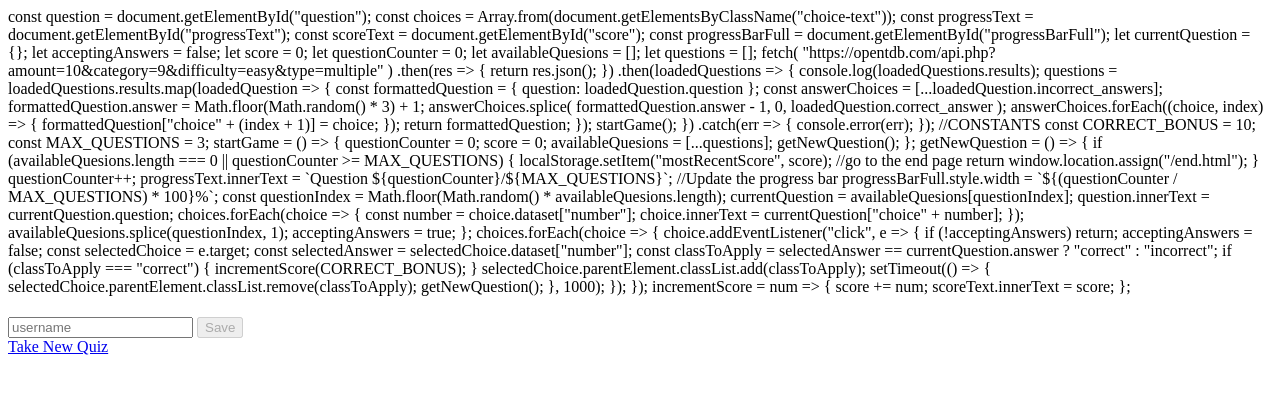
Repository: Q1ngQode/Briana-s-Quiz-App
Page: index.html
The author's editor kept a copy of each file at every save. The page is drawn from the files as they stood at one save, then again after the next save.
The browser window is 1280 px wide. The pictures show the whole page.

Above is the page before, as saved 2022-08-09 00:01:07.
Console error: SyntaxError: Unexpected token '<'

### index.html
<!DOCTYPE html>
<html lang="en">
<head>
    <meta charset="UTF-8">
    <meta http-equiv="X-UA-Compatible" content="IE=edge">
    <meta name="viewport" content="width=device-width, initial-scale=1.0">
    <title>Study Quiz</title>
    <link rel="stylesheet" href="app.css"/>
    <body>
    const question = document.getElementById("question");
const choices = Array.from(document.getElementsByClassName("choice-text"));
const progressText = document.getElementById("progressText");
const scoreText = document.getElementById("score");
const progressBarFull = document.getElementById("progressBarFull");
let currentQuestion = {};
let acceptingAnswers = false;
let score = 0;
let questionCounter = 0;
let availableQuesions = [];

let questions = [];

fetch(
  "https://opentdb.com/api.php?amount=10&category=9&difficulty=easy&type=multiple"
)
  .then(res => {
    return res.json();
  })
  .then(loadedQuestions => {
    console.log(loadedQuestions.results);
    questions = loadedQuestions.results.map(loadedQuestion => {
      const formattedQuestion = {
        question: loadedQuestion.question
      };

      const answerChoices = [...loadedQuestion.incorrect_answers];
      formattedQuestion.answer = Math.floor(Math.random() * 3) + 1;
      answerChoices.splice(
        formattedQuestion.answer - 1,
        0,
        loadedQuestion.correct_answer
      );

      answerChoices.forEach((choice, index) => {
        formattedQuestion["choice" + (index + 1)] = choice;
      });

      return formattedQuestion;
    });
    startGame();
  })
  .catch(err => {
    console.error(err);
  });

//CONSTANTS
const CORRECT_BONUS = 10;
const MAX_QUESTIONS = 3;

startGame = () => {
  questionCounter = 0;
  score = 0;
  availableQuesions = [...questions];
  getNewQuestion();
};

getNewQuestion = () => {
  if (availableQuesions.length === 0 || questionCounter >= MAX_QUESTIONS) {
    localStorage.setItem("mostRecentScore", score);
    //go to the end page
    return window.location.assign("/end.html");
  }
  questionCounter++;
  progressText.innerText = `Question ${questionCounter}/${MAX_QUESTIONS}`;
  //Update the progress bar
  progressBarFull.style.width = `${(questionCounter / MAX_QUESTIONS) * 100}%`;

  const questionIndex = Math.floor(Math.random() * availableQuesions.length);
  currentQuestion = availableQuesions[questionIndex];
  question.innerText = currentQuestion.question;

  choices.forEach(choice => {
    const number = choice.dataset["number"];
    choice.innerText = currentQuestion["choice" + number];
  });

  availableQuesions.splice(questionIndex, 1);
  acceptingAnswers = true;
};

choices.forEach(choice => {
  choice.addEventListener("click", e => {
    if (!acceptingAnswers) return;

    acceptingAnswers = false;
    const selectedChoice = e.target;
    const selectedAnswer = selectedChoice.dataset["number"];

    const classToApply =
      selectedAnswer == currentQuestion.answer ? "correct" : "incorrect";

    if (classToApply === "correct") {
      incrementScore(CORRECT_BONUS);
    }

    selectedChoice.parentElement.classList.add(classToApply);

    setTimeout(() => {
      selectedChoice.parentElement.classList.remove(classToApply);
      getNewQuestion();
    }, 1000);
  });
});

incrementScore = num => {
  score += num;
  scoreText.innerText = score;
};
</body>
    <html lang="en">
  <head>
    <meta charset="UTF-8" />
    <meta name="viewport" content="width=device-width, initial-scale=1.0" />
    <meta http-equiv="X-UA-Compatible" content="ie=edge" />
    <title>Congrats!</title>
    <link rel="stylesheet" href="app.css" />
  </head>
  <body>
    <div class="container">
      <div id="end" class="flex-center flex-column">
        <h1 id="finalScore"></h1>
        <form>
          <input
            type="text"
            name="username"
            id="username"
            placeholder="username"
          />
          <button
            type="submit"
            class="btn"
            id="saveScoreBtn"
            onclick="saveHighScore(event)"
            disabled
          >
            Save
          </button>
        </form>
        <a class="btn" href="/index.html">Take New Quiz</a>
      </div>
    </div>
    <script src="index.html"></script>
  </body>
</html>
</body>
</html>

### app.css
  .choice-container {
    display: flex;
    margin-bottom: 0.5rem;
    width: 100%;
    font-size: 1.8rem;
    border: 0.1rem solid rgb(86, 165, 235, 0.25);
    background-color: white;
  }

  .choice-container:hover {
    cursor: pointer;
    box-shadow: 0 0.4rem 1.4rem 0 rgba(86, 185, 235, 0.5);
    transform: translateY(-0.1rem);
    transition: transform 150ms;
  }

  .choice-prefix {
    padding: 1.5rem 2.5rem;
    background-color: #56a5eb;
    color: white;
  }

  .choice-text {
    padding: 1.5rem;
    width: 100%;
  }

After the next save:
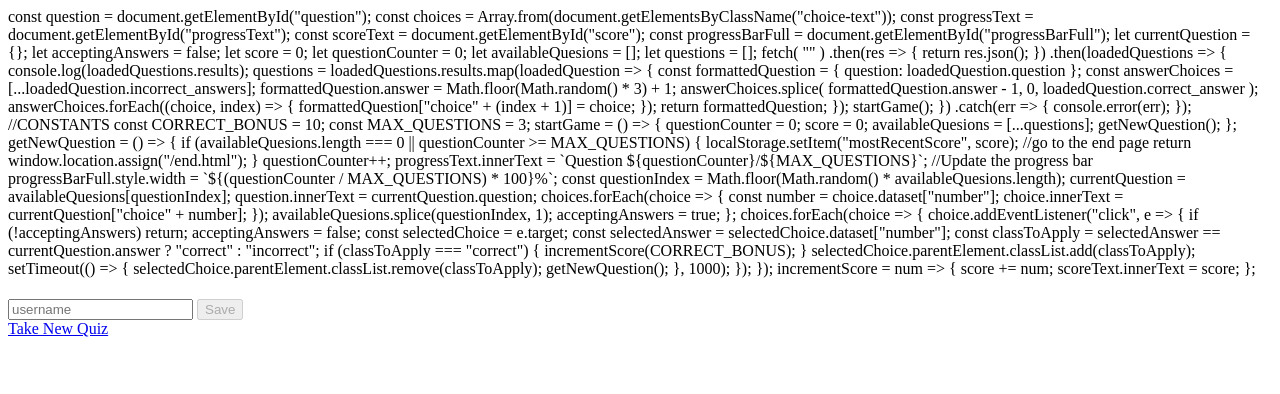
Saved 26 s later.
--- a/index.html
+++ b/index.html
@@ -21,7 +21,7 @@ let availableQuesions = [];
 let questions = [];
 
 fetch(
-  "https://opentdb.com/api.php?amount=10&category=9&difficulty=easy&type=multiple"
+  ""
 )
   .then(res => {
     return res.json();
